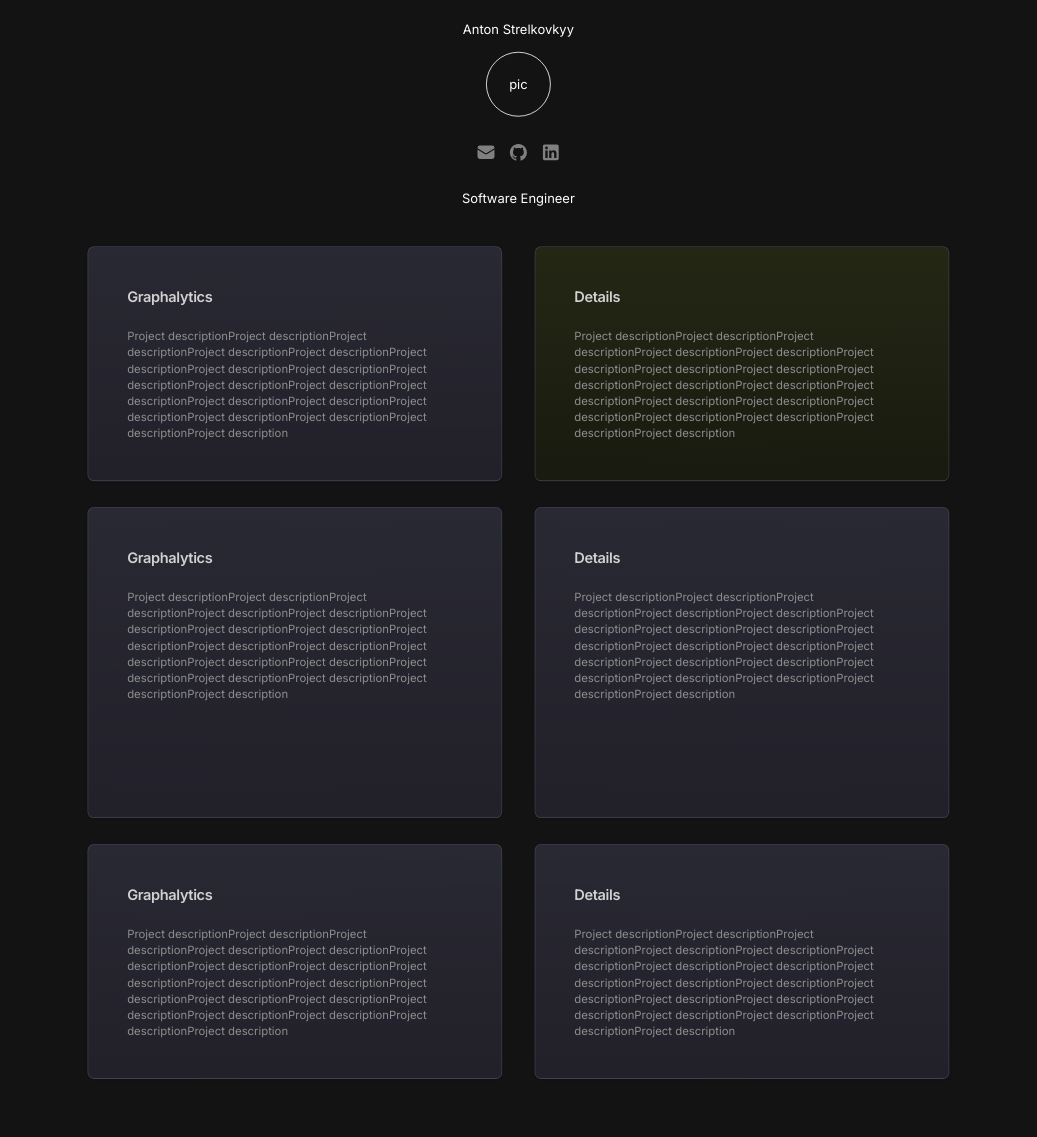
Repository: Fortivera/Anton
Page: /
The author's editor kept a copy of each file at every save. The page is drawn from the files as they stood at one save, then again after a run of saves.
The browser window is 1280 px wide. The pictures show the whole page, at 81% of full size.
The project was rebuilt for these pictures with package versions that can differ from the ones it lists, and the page was loaded fresh each time. The framework's server and built-in components were replaced by stand-ins that run in the browser. Also part of the build but not shown: next.config.mjs.

Above is the page before, as saved 2024-05-02 16:01:39.

After the next 2 saves:
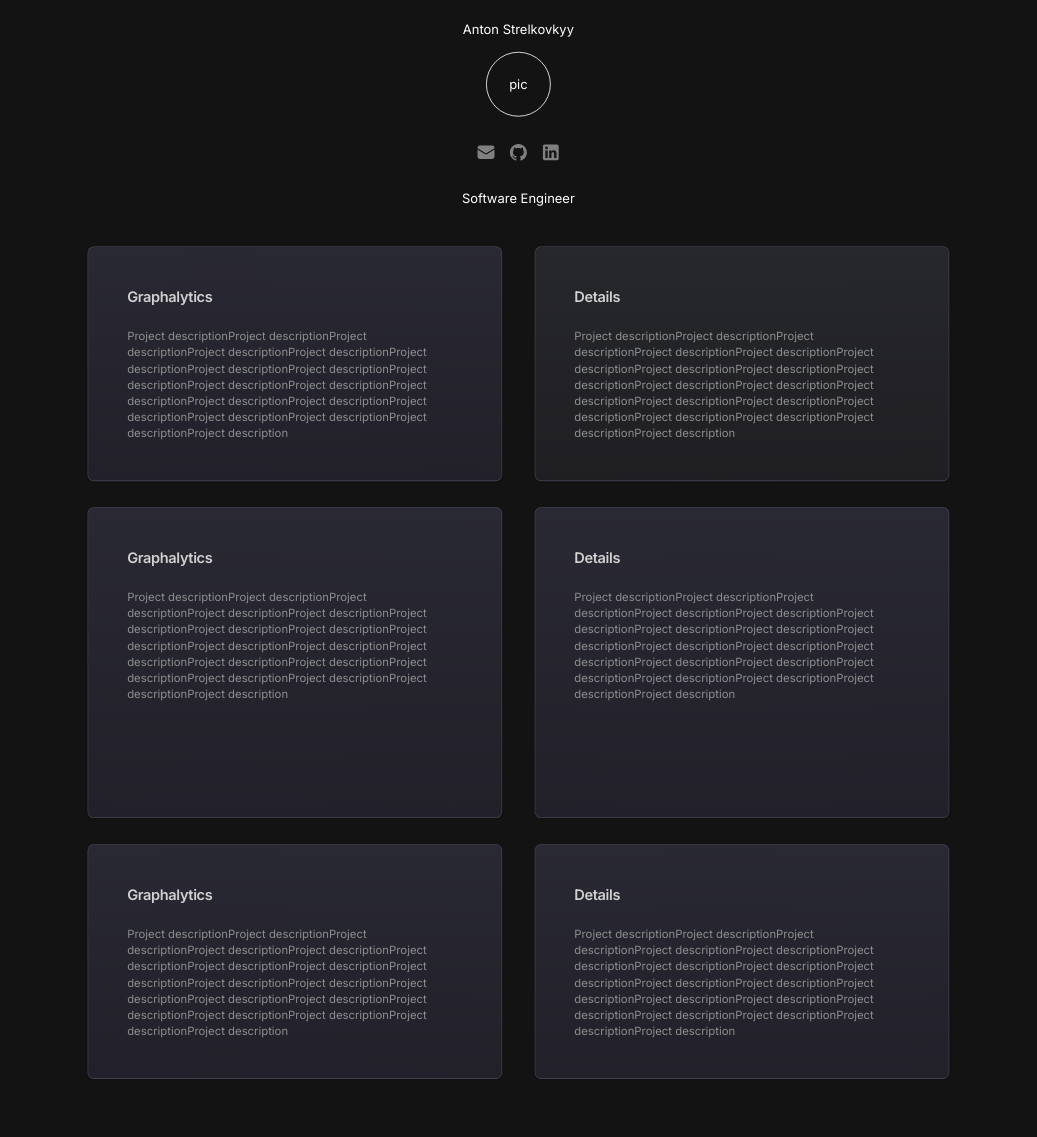
The 2 saves are shown as one change because they came seconds apart.
The last was saved 3 min 46 s later.
--- a/app/page.tsx
+++ b/app/page.tsx
@@ -36,7 +36,7 @@ export default function Home() {
                 </CardDescription>
               </CardContent>
             </Card>
-            <Card className="max-w-lg relative p-6 border rounded-lg bg-opacity-10  border-[#60647872] bg-gradient-to-b from-[#3f471766] to-[#23260c65] ">
+            <Card className="max-w-lg relative p-6 border rounded-lg bg-opacity-10 bg-[#787f76] border-[#60647872] bg-gradient-to-b from-[#35374366] to-[#24212b65]">
               <CardHeader>
                 <CardTitle className="text-lg font-semibold text-[#D1D1D2]">Details</CardTitle>
               </CardHeader>
